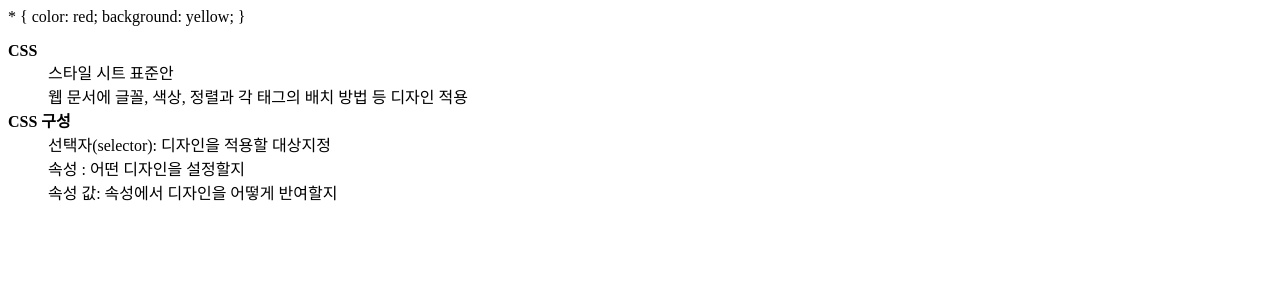
Repository: cleangggg/front
Page: css/ex01.html
The author's editor kept a copy of each file at every save. The page is drawn from the files as they stood at one save, then again after the next save.
The browser window is 1280 px wide. The pictures show the whole page.

Above is the page before, as saved 2023-05-25 00:22:46.

After the next save:
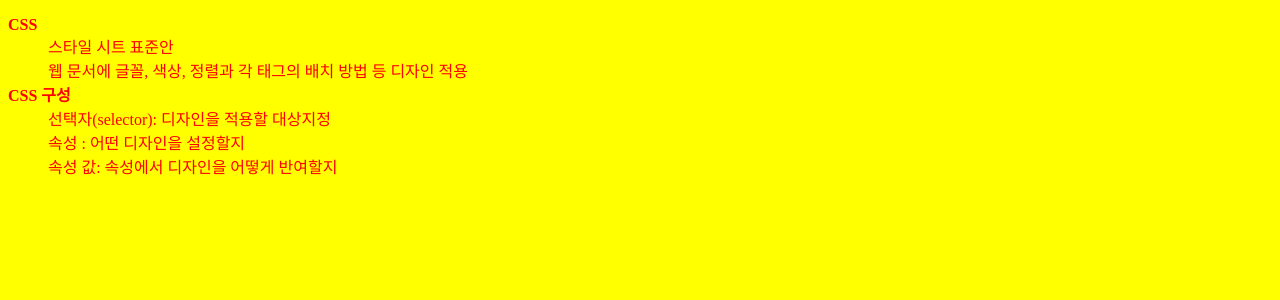
Saved 22 s later.
--- a/css/ex01.html
+++ b/css/ex01.html
@@ -3,7 +3,7 @@
 <head>
 <meta charset="UTF-8">
 <title>Insert title here</title>
-<styletype = "text/css">
+<style type = "text/css">
 	* { color: red; background: yellow; }
 </style>
 </head>
